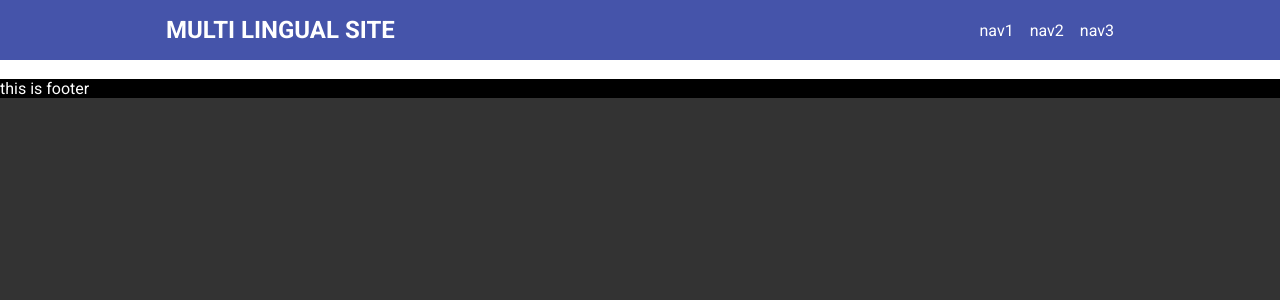
Repository: ksbsh27/multi_lingual
Page: index.html
These files come from the project's save history. The page is drawn as it stood at one moment and after the next save; the edit follows.
The browser window is 1280 px wide. The pictures show the whole page.
The style sheet was rebuilt from its Sass, Less or Tailwind sources for each picture, by a compiler version that may differ from the author's.

Above is the page before, as saved 2022-03-31 20:51:45.

After the next save:
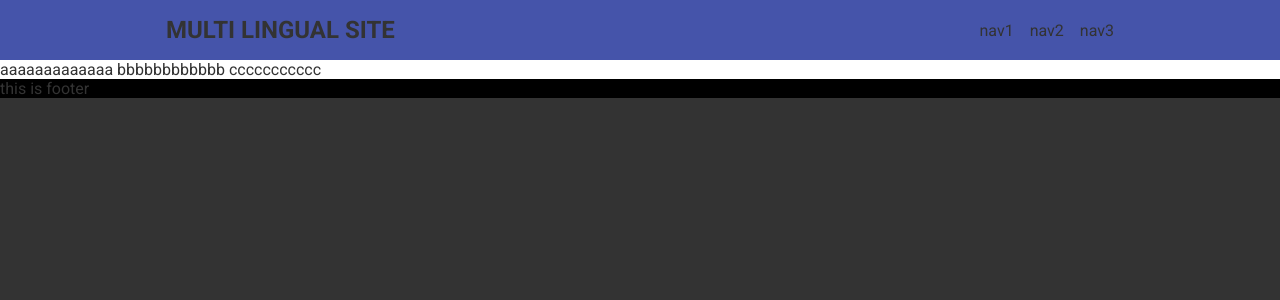
Saved 33 s later.
--- a/sass/style.scss
+++ b/sass/style.scss
@@ -9,7 +9,7 @@
 }
 
 body {
-  color: #fff;
+  color: #333;
   background: #333;
   font-family: "roboto";
 }
